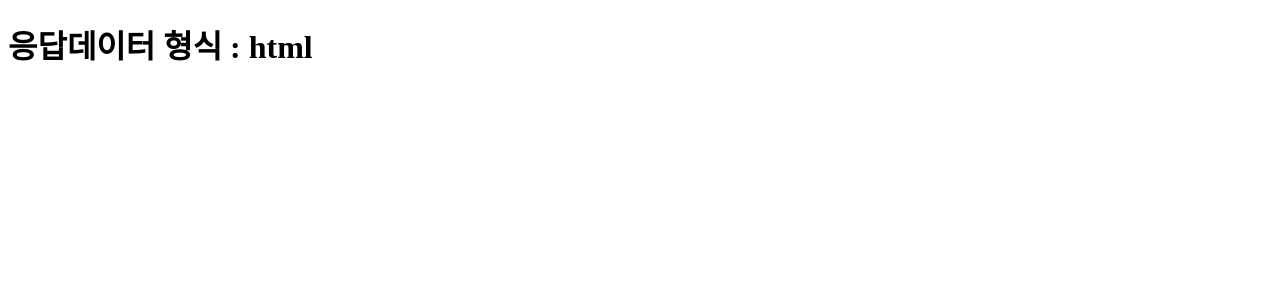
Repository: sim8191/ServletWorkspace
Page: 03_ajax/src/main/webapp/html/html.html
These files come from the project's save history. The page is drawn as it stood at one moment and after the next save; the edit follows.
The browser window is 1280 px wide. The pictures show the whole page.

Above is the page before, as saved 2026-02-23 06:35:02.

After the next save:
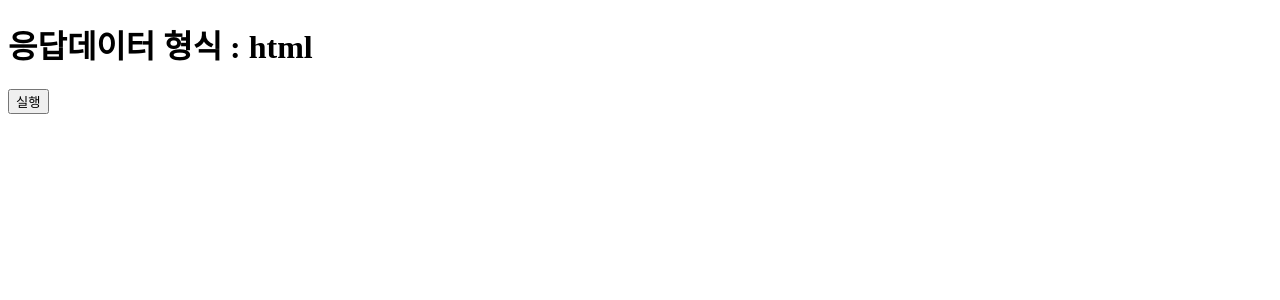
Saved 4 min 23 s later.
--- a/03_ajax/src/main/webapp/html/html.html
+++ b/03_ajax/src/main/webapp/html/html.html
@@ -23,6 +23,23 @@
 </head>
 <body>
 	<h1>응답데이터 형식 : html</h1>
-
+	<input type="button" value="실행" id="btn1">
+	<div class="wrapper"></div>
+	<script>
+		$(function() {
+			$("#btn").click(function() {
+				$.ajax({
+					url : "/ajax/html",
+					//dataType : "html",
+					success : function(data) {
+						$(".wrapper").html(data);
+					},
+					error : function(xhr, status, err) {
+						console.log(xhr, status, err)
+					}
+				});
+			});
+		})
+	</script>
 </body>
 </html>
